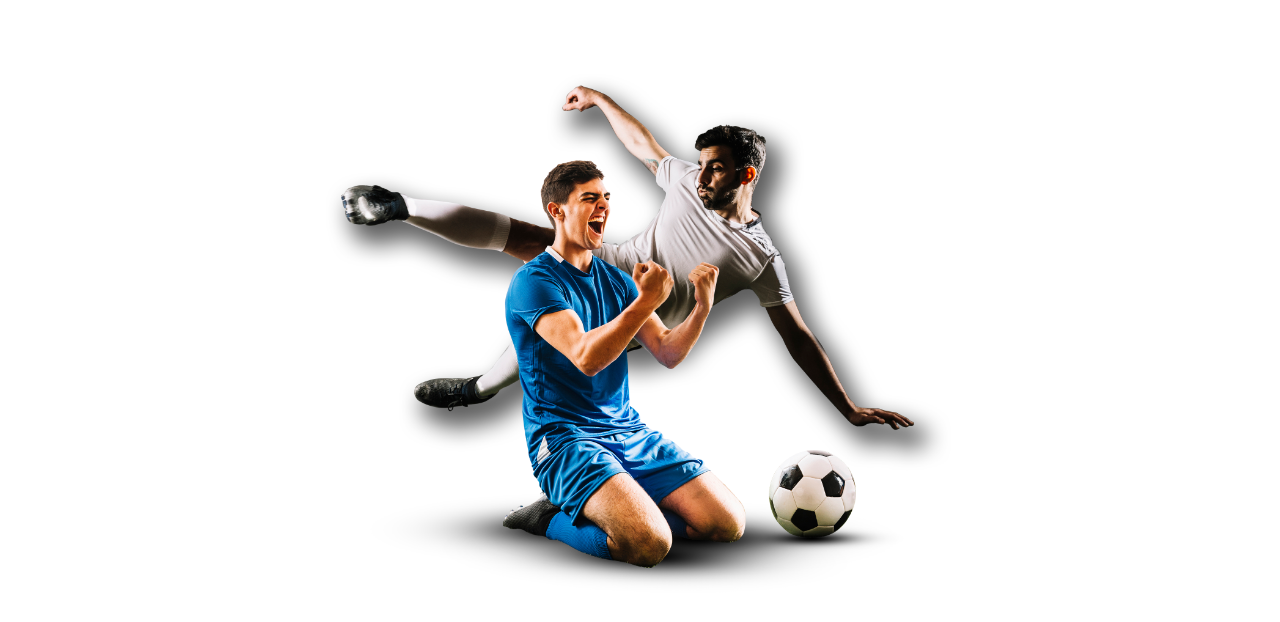
Repository: ritikalohia/tepid-frontend
Page: account.html
An editor plug-in stored every save of this project. The page is shown before and after the next save, followed by the edit.
The browser window is 1280 px wide. The pictures show the whole page.

Above is the page before, as saved 2021-06-09 12:19:08.

After the next save:
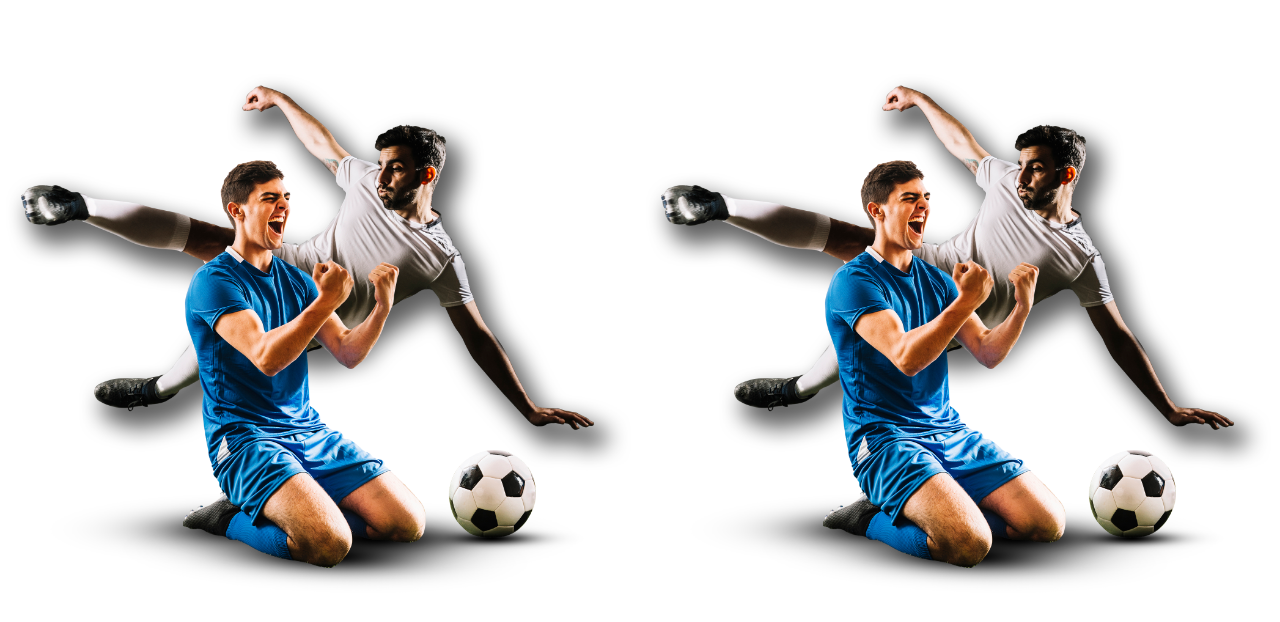
Saved 12 s later.
--- a/account.html
+++ b/account.html
@@ -14,6 +14,10 @@
             <div class="col-2">
                 <img src="images/image1.png" width="100%" alt="">
             </div>
+            <div class="col-2">
+                <img src="images/image1.png" width="100%" alt="">
+            </div>
+
         </div>
     </div>
 
